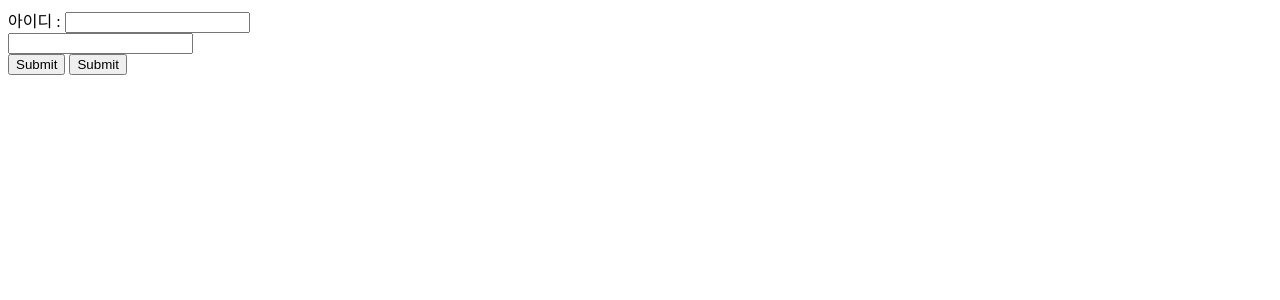
Repository: yesaroun/Web-Shop
Page: pro06/WebContent/login.html
The author's editor kept a copy of each file at every save. The page is drawn from the files as they stood at one save, then again after the next save.
The browser window is 1280 px wide. The pictures show the whole page.

Above is the page before, as saved 2022-04-30 08:48:59.

After the next save:
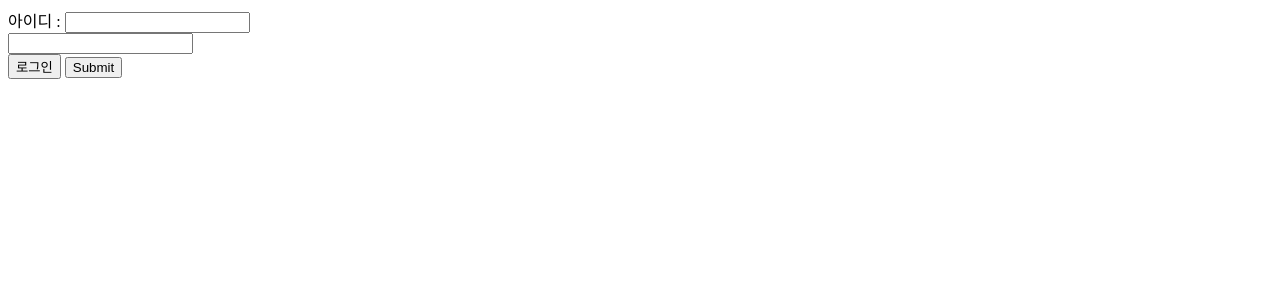
Saved 11 s later.
--- a/pro06/WebContent/login.html
+++ b/pro06/WebContent/login.html
@@ -9,7 +9,7 @@
 		<form name="frmLogin" method="get" action="login" encType="UTF-8">
 			아이디 : <input type="text" name="user_id" /> <br />
 			<input type="text" name="user_pw" /> <br />
-			<input type="submit" />
+			<input type="submit" value="로그인"/>
 			<input type="submit" /> <br />
 		</form>
 	</div>
